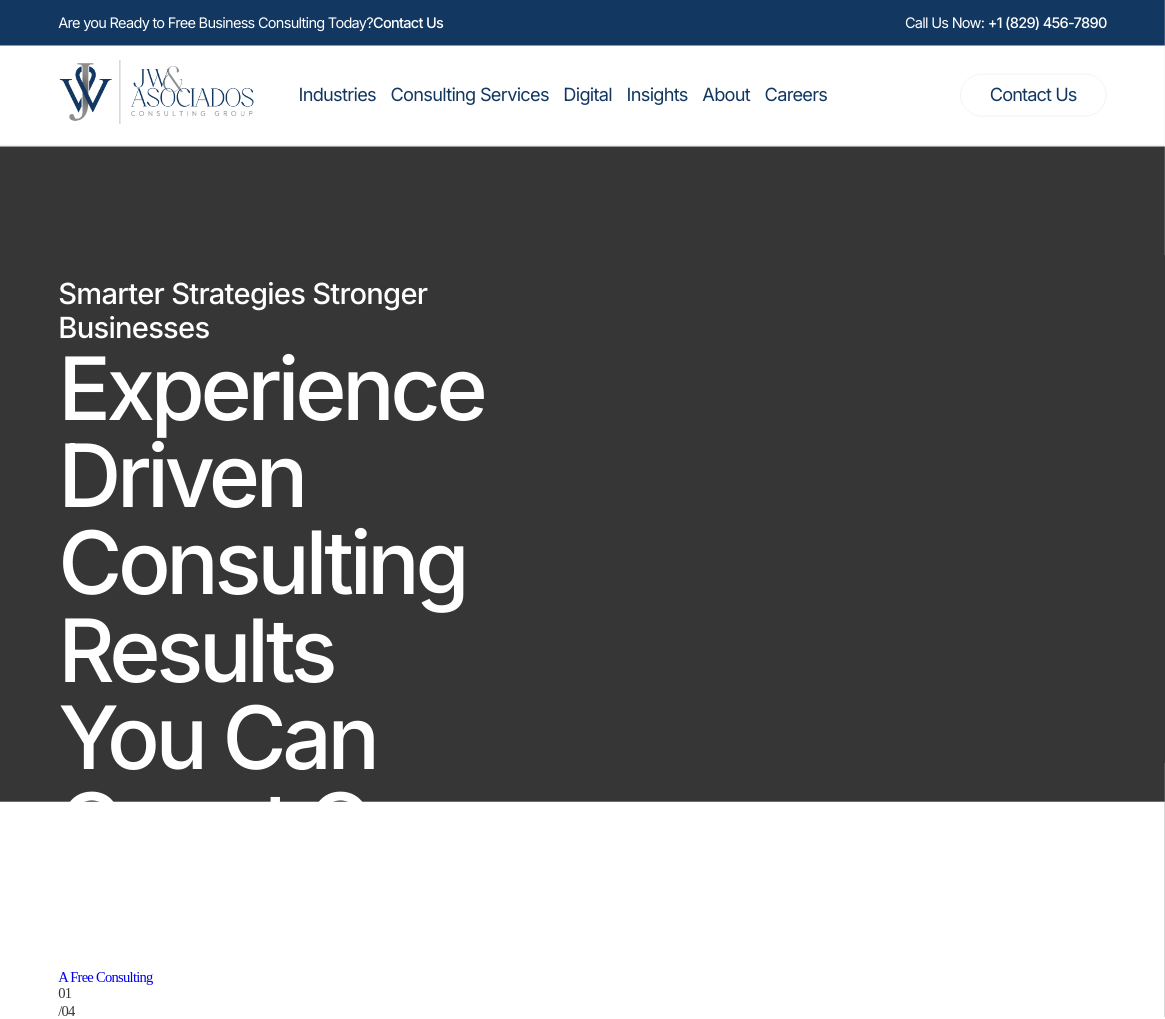
Repository: June-t/jwsyasociados
Page: /
These files come from the project's save history. The page is drawn as it stood at one moment and after the next save; the edit follows.
The browser window is 1280 px wide. The pictures show the whole page, at 91% of full size.
The project was rebuilt for these pictures with package versions that can differ from the ones it lists, and the page was loaded fresh each time. The framework's server and built-in components were replaced by stand-ins that run in the browser. Also part of the build but not shown: next.config.ts.

Above is the page before, as saved 2025-10-22 14:43:28.

After the next save:
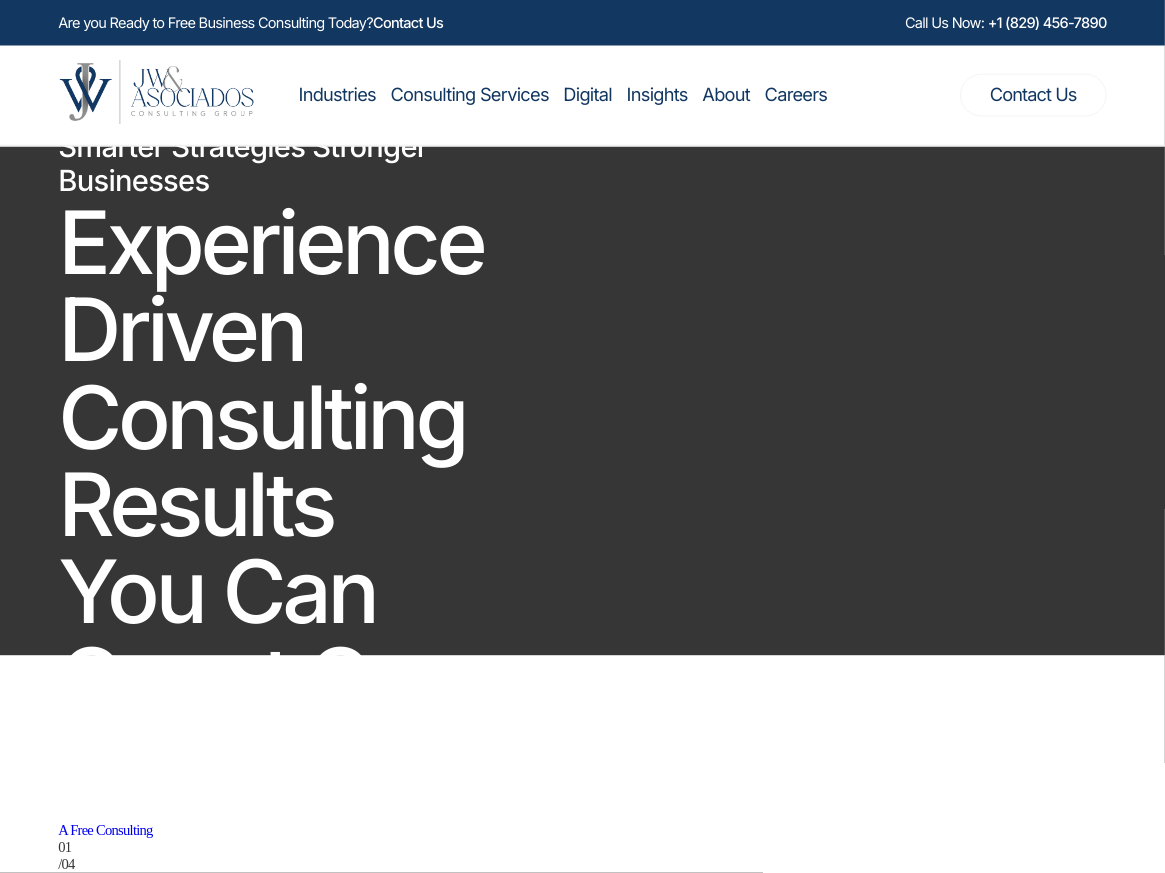
Saved 70 min 0 s later.
--- a/src/app/style/components/_header.css
+++ b/src/app/style/components/_header.css
@@ -1,6 +1,8 @@
 .header {
   border-bottom: 2px solid #f2f2f2;
   background: var(--white);
+  position: absolute;
+  width: 100%;
 
   .header__banner {
     background: var(--primary);
